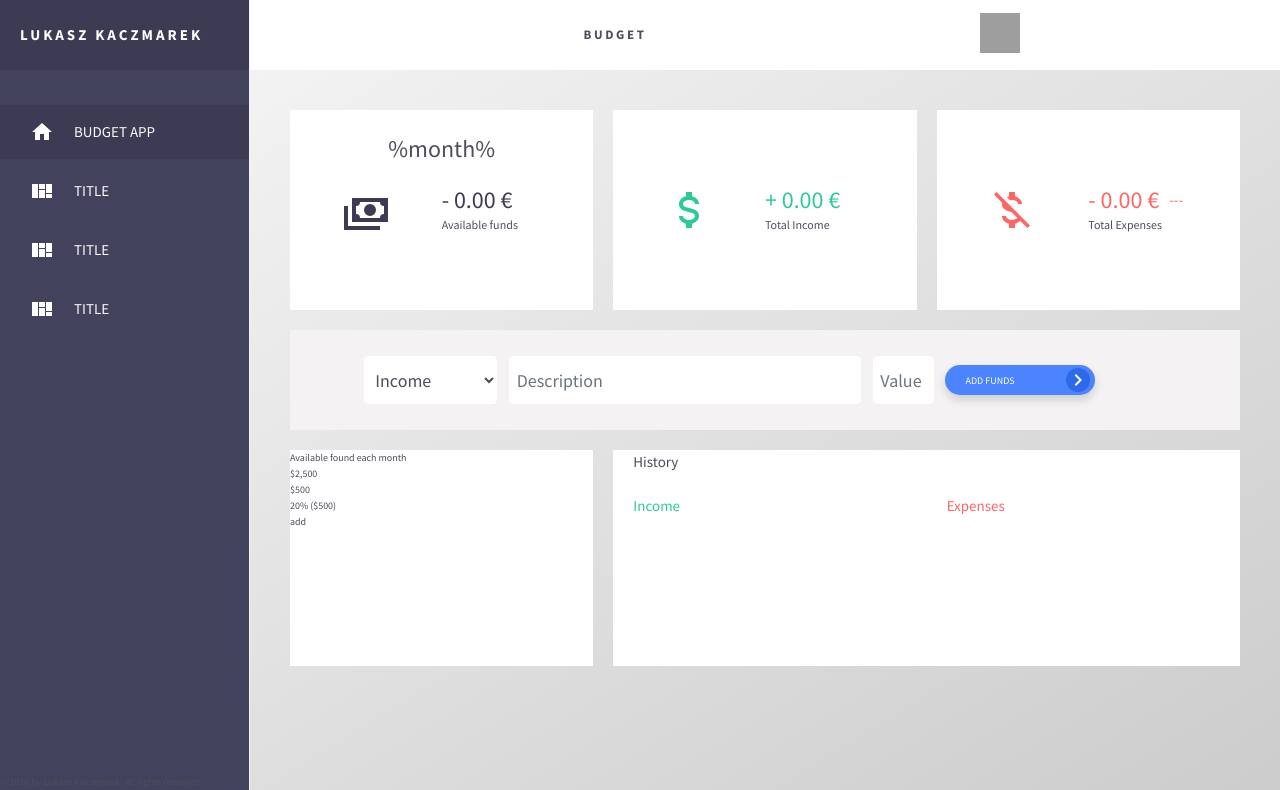
Repository: Archezi/BudgetApplication
Page: index.html
These files come from the project's save history. The page is drawn as it stood at one moment and after the next save; the edit follows.
The browser window is 1280 px wide. The pictures show the whole page.
Pictures or frames that could not be fetched are drawn as grey boxes. The style sheet was rebuilt from its Sass, Less or Tailwind sources for each picture, by a compiler version that may differ from the author's.

Above is the page before, as saved 2018-09-04 10:30:05.

After the next save:
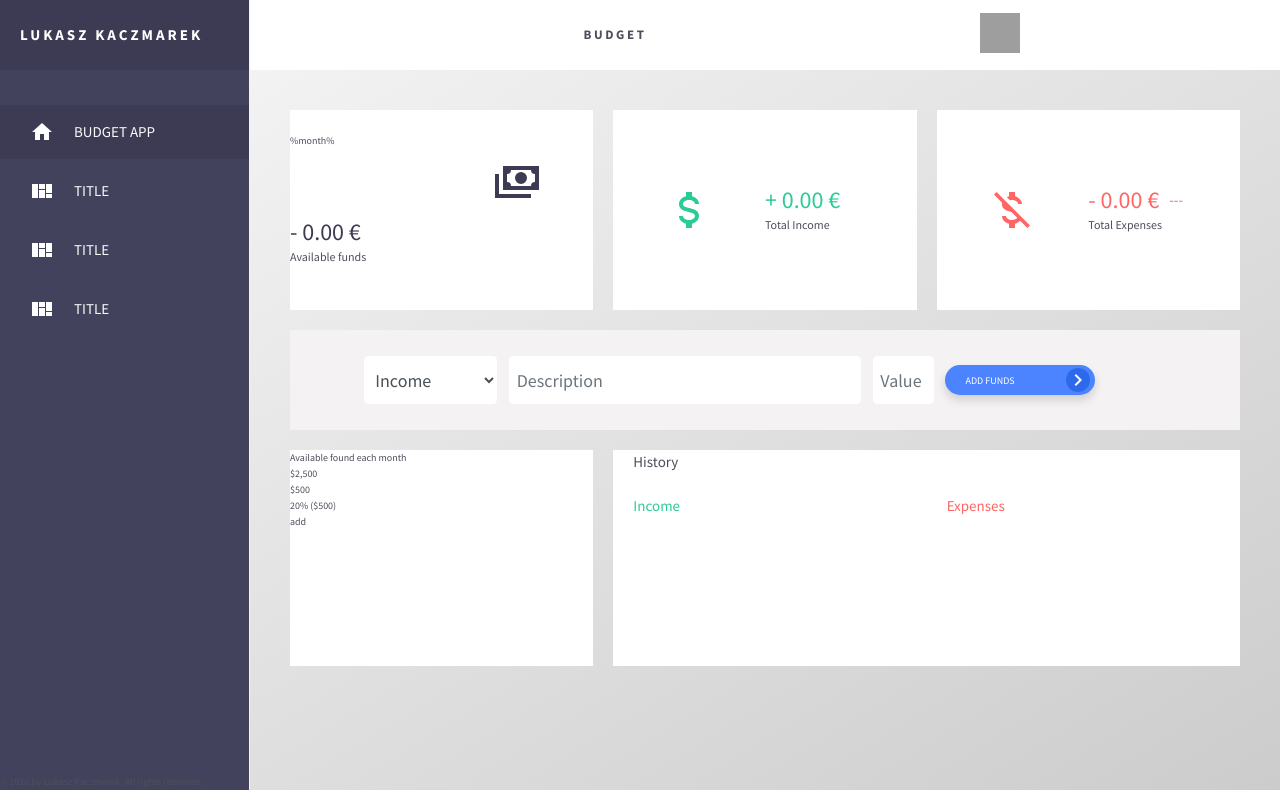
Saved 79 s later.
--- a/index.html
+++ b/index.html
@@ -78,7 +78,7 @@
 
                 <div class="overview">
                     <div class="total__available-funds">
-                        <div class="current-month">%month%</div>
+                        <div class="current-date">%month%</div>
                         <svg style="width:48px;height:48px" viewBox="0 0 24 24">
                             <path fill="#000000" d="M5,6H23V18H5V6M14,9A3,3 0 0,1 17,12A3,3 0 0,1 14,15A3,3 0 0,1 11,12A3,3 0 0,1 14,9M9,8A2,2 0 0,1 7,10V14A2,2 0 0,1 9,16H19A2,2 0 0,1 21,14V10A2,2 0 0,1 19,8H9M1,10H3V20H19V22H1V10Z" />
                         </svg>

After the save that followed:
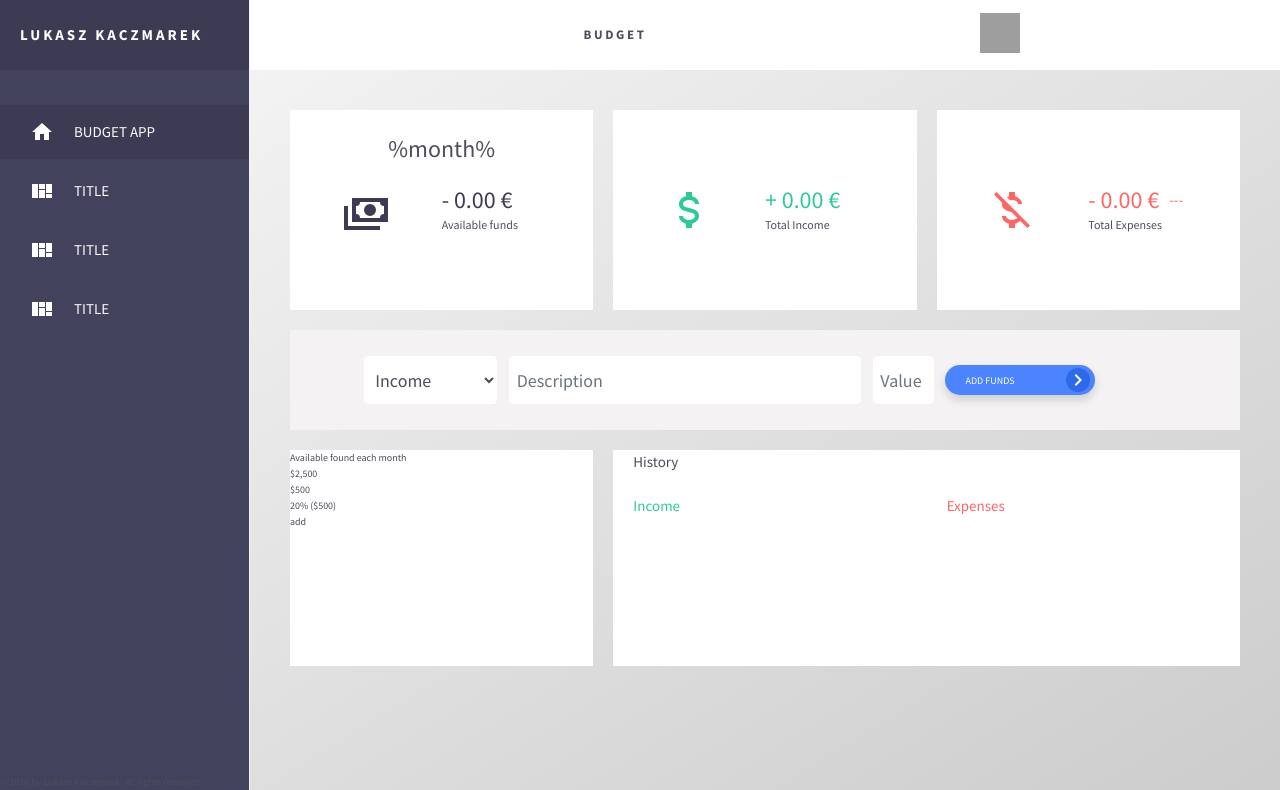
Saved 3 s later.
--- a/sass/components/_budgetLayout.scss
+++ b/sass/components/_budgetLayout.scss
@@ -31,7 +31,7 @@
     display: grid;
     grid-gap: 2rem;
     grid-template-columns: repeat(3, 1fr);
-    .current-month {
+    .current-date {
         position: absolute;
         top: 2rem;
         left: 50%;
